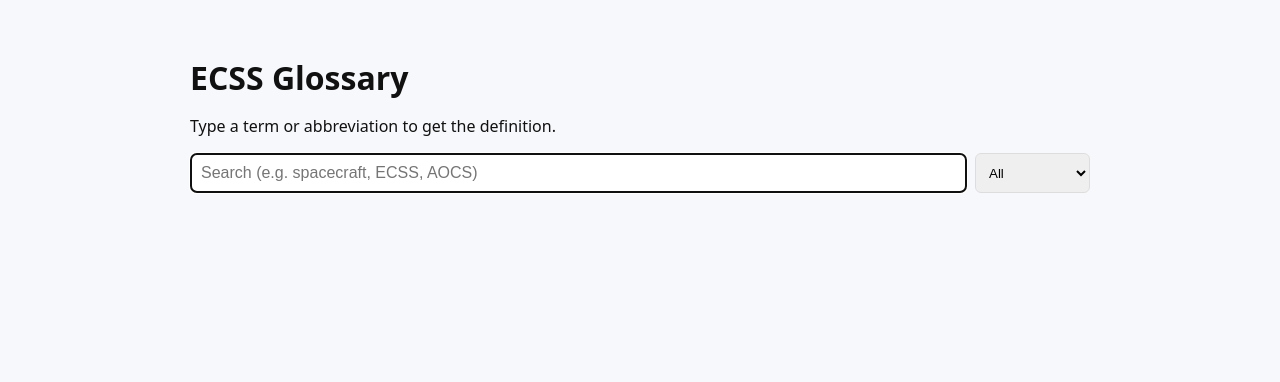
Repository: aldricprt/ecss-glossary
Page: web/index.html
An editor plug-in stored every save of this project. The page is shown before and after the next save, followed by the edit.
The browser window is 1280 px wide. The pictures show the whole page.

Above is the page before, as saved 2025-10-28 13:53:14.

### web/index.html
<!doctype html>
<html lang="en">
<head>
  <meta charset="utf-8" />
  <meta name="viewport" content="width=device-width,initial-scale=1" />
  <title>ECSS Glossary — local</title>
  <link rel="stylesheet" href="styles.css">
</head>
<body>
  <main>
    <h1>ECSS Glossary</h1>
    <p>Type a term or abbreviation to get the definition.</p>

    <div class="search">
      <input id="q" type="search" placeholder="Search (e.g. spacecraft, ECSS, AOCS)" autofocus />
      <select id="filter">
        <option value="all">All</option>
        <option value="Terme">Term</option>
        <option value="Abréviation">Abbreviation</option>
      </select>
    </div>

    <div id="results"></div>
  </main>

  <script src="app.js"></script>
  <!-- Fuse.js for fuzzy search (client-side) -->
  <script src="https://cdn.jsdelivr.net/npm/fuse.js@6.6.2/dist/fuse.min.js"></script>
</body>
</html>

### web/styles.css
:root{--bg:#f7f8fb;--card:#fff;--accent:#0b5cff}
body{font-family:system-ui,-apple-system,Segoe UI,Roboto,"Helvetica Neue",Arial; background:var(--bg); color:#111; margin:0;}
main{max-width:900px;margin:36px auto;padding:20px}
h1{margin:0 0 8px}
.search{display:flex;gap:8px;margin:14px 0}
input[type=search]{flex:1;padding:10px;border:1px solid #ddd;border-radius:6px;font-size:16px}
select{padding:9px;border-radius:6px;border:1px solid #ddd}
#results{margin-top:18px}
.item{background:var(--card);padding:14px;border-radius:8px;box-shadow:0 1px 0 rgba(0,0,0,0.04);margin-bottom:10px}
.item h3{margin:0 0 6px;font-size:18px;color:var(--accent)}
.item p{margin:0;color:#222}
small{font-size:12px;color:#666}

### web/app.js
let glossary = [];
let fuse = null;

async function tryFetch(path){
  try{
    const resp = await fetch(path);
    if(!resp.ok) throw new Error(`HTTP ${resp.status}`);
    return await resp.json();
  }catch(e){
    return null;
  }
}

async function loadGlossary() {
  // Try common locations so the frontend works whether you serve the project root
  // or only the web/ folder.
  const candidates = ['data/glossary.json', '../data/glossary.json', '/data/glossary.json'];
  for(const p of candidates){
    const j = await tryFetch(p);
    if(j){
      glossary = j;
      console.log('Loaded glossary from', p, glossary.length);
      // build Fuse index
      try{
        fuse = new Fuse(glossary, {
          keys: [
            { name: 'term', weight: 0.8 },
            { name: 'definition', weight: 0.4 }
          ],
          includeMatches: true,
          threshold: 0.35,
          ignoreLocation: true,
          minMatchCharLength: 1
        });
      }catch(e){
        console.warn('Fuse initialization failed, search will fallback to simple filtering', e);
        fuse = null;
      }
      return;
    }
  }

  // If we get here, none of the paths worked
  const msg = `Impossible de charger data/glossary.json. Assurez-vous d'avoir exécuté le parseur (tools/parse_glossary.py) et de servir le projet via un serveur HTTP. Par exemple, depuis la racine du projet :\n\n  cd /path/to/ECSS\n  python3 -m http.server 8000\n\nPuis ouvrez http://localhost:8000/web/`;
  const el = document.getElementById('results');
  el.innerHTML = '';
  const pre = document.createElement('pre');
  pre.textContent = msg;
  el.appendChild(pre);
  console.error('Could not load glossary.json from any candidate path');
}

function escapeHtml(s){
  return s.replace(/[&<>"]+/g, c=>({
    '&':'&amp;','<':'&lt;','>':'&gt;','"':'&quot;'
  }[c]));
}

function highlightWithIndices(text, indices){
  if(!indices || indices.length===0) return escapeHtml(text);
  // indices: array of [start, end] (inclusive)
  indices.sort((a,b)=>a[0]-b[0]);
  let out = '';
  let pos = 0;
  for(const [s,e] of indices){
    const start = Math.max(0, s);
    const end = Math.min(text.length-1, e);
    if(start > pos){
      out += escapeHtml(text.slice(pos, start));
    }
    out += '<mark>' + escapeHtml(text.slice(start, end+1)) + '</mark>';
    pos = end+1;
  }
  if(pos < text.length) out += escapeHtml(text.slice(pos));
  return out;
}

function mkResult(item, matches){
  const div = document.createElement('div');
  div.className = 'item';
  const h = document.createElement('h3');
  const idSuffix = item.id ? ` (${item.id})` : '';
  // find match indices for term and definition
  const mTerm = (matches || []).find(m=>m.key==='term');
  const mDef = (matches || []).find(m=>m.key==='definition');
  const termHtml = highlightWithIndices(item.term, mTerm ? mTerm.indices : []);
  const defHtml = highlightWithIndices(item.definition, mDef ? mDef.indices : []);
  h.innerHTML = `${termHtml}${escapeHtml(idSuffix)} `;
  const small = document.createElement('small');
  small.textContent = item.type;
  h.appendChild(document.createTextNode(' '));
  h.appendChild(small);
  const p = document.createElement('p');
  p.innerHTML = defHtml;
  div.appendChild(h);
  div.appendChild(p);
  return div;
}

function search(q, filter) {
  if (!q) return [];
  if(fuse){
    const raw = fuse.search(q, {limit: 200});
    let results = raw.map(r=>({item: r.item, matches: r.matches}));
    if(filter && filter !== 'all') results = results.filter(r=>r.item.type===filter);
    return results.slice(0,200);
  }
  // fallback to simple filter
  const s = q.trim().toLowerCase();
  return glossary.filter(it => {
    if (filter && filter !== 'all' && it.type !== filter) return false;
    return it.term.toLowerCase().includes(s) || it.definition.toLowerCase().includes(s);
  }).slice(0, 200).map(it=>({item:it, matches:[]}));
}

function render(results) {
  const container = document.getElementById('results');
  container.innerHTML = '';
  if (!results || results.length === 0) {
    container.textContent = 'No results.';
    return;
  }
  for (const r of results) {
    if(r.item) container.appendChild(mkResult(r.item, r.matches));
    else container.appendChild(mkResult(r));
  }
}

function debounce(fn, wait=200){
  let t = null;
  return (...args)=>{
    clearTimeout(t);
    t = setTimeout(()=>fn(...args), wait);
  }
}

document.addEventListener('DOMContentLoaded', async ()=>{
  await loadGlossary();
  const q = document.getElementById('q');
  const filter = document.getElementById('filter');
  const doSearch = debounce(()=>{
    const results = search(q.value, filter.value);
    render(results);
  }, 150);
  q.addEventListener('input', doSearch);
  filter.addEventListener('change', doSearch);
});

Loaded but not shown: data/glossary.json (2492 lines, source omitted)

After the next save:
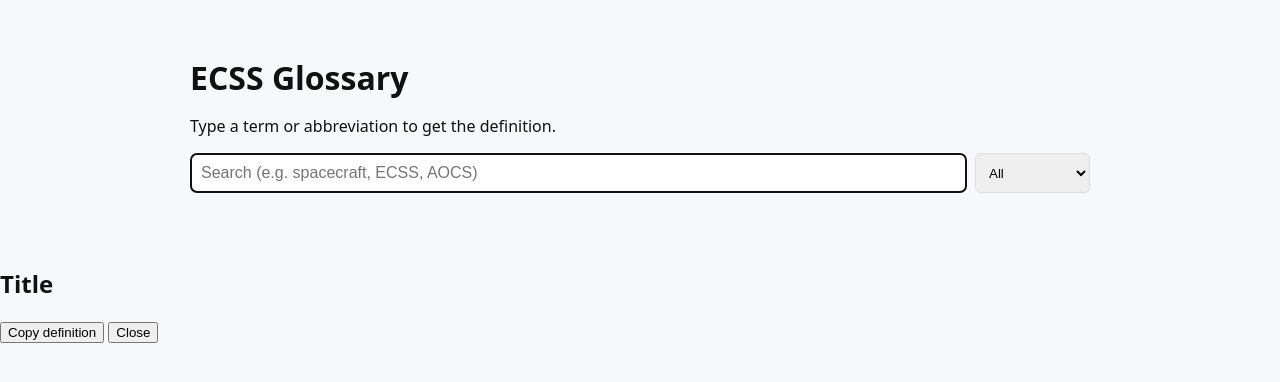
Saved 4 min 1 s later.
--- a/web/index.html
+++ b/web/index.html
@@ -23,6 +23,22 @@
     <div id="results"></div>
   </main>
 
+  <!-- Modal for item detail -->
+  <div id="modal" class="modal hidden" aria-hidden="true">
+    <div class="modal__overlay" id="modalOverlay"></div>
+    <div class="modal__panel" role="dialog" aria-modal="true" aria-labelledby="modalTitle">
+      <header class="modal__header">
+        <h2 id="modalTitle">Title</h2>
+        <div class="modal__meta" id="modalMeta"></div>
+      </header>
+      <div class="modal__body" id="modalBody"></div>
+      <footer class="modal__footer">
+        <button id="copyBtn">Copy definition</button>
+        <button id="closeBtn">Close</button>
+      </footer>
+    </div>
+  </div>
+
   <script src="app.js"></script>
   <!-- Fuse.js for fuzzy search (client-side) -->
   <script src="https://cdn.jsdelivr.net/npm/fuse.js@6.6.2/dist/fuse.min.js"></script>
